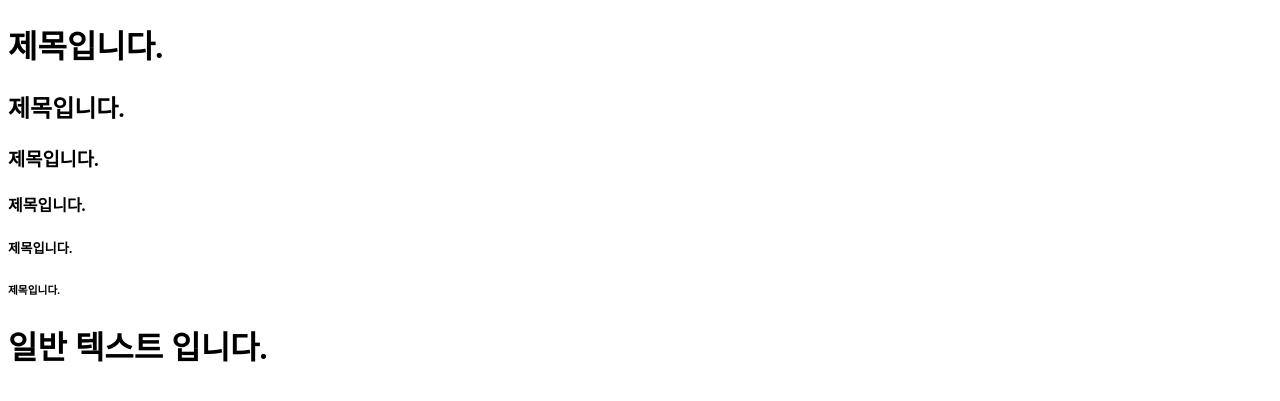
Repository: Hswwwww/WEB
Page: ClientTest/src/main/webapp/html/ex06_heading.html
An editor plug-in stored every save of this project. The page is shown before and after the next save, followed by the edit.
The browser window is 1280 px wide. The pictures show the whole page.

Above is the page before, as saved 2024-03-12 08:44:59.

After the next save:
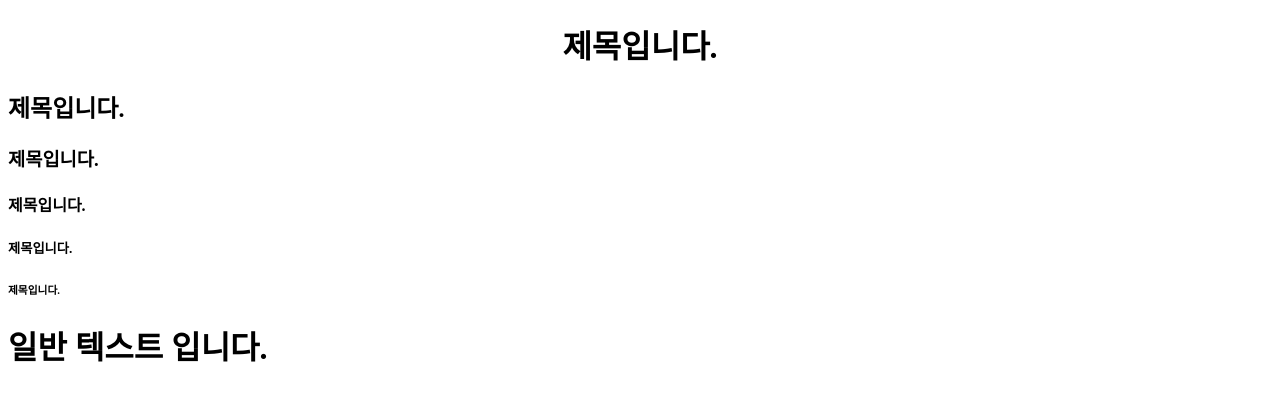
Saved 78 s later.
--- a/ClientTest/src/main/webapp/html/ex06_heading.html
+++ b/ClientTest/src/main/webapp/html/ex06_heading.html
@@ -17,14 +17,18 @@
 	- 쌍태그, 혼합형
 	- 검색 엔진이 수집하는 대상
 
+	h1.align 속성
+	- horiaontal alognment, 수평 정렬
+	- left, center. right
+
 
 
 	시맨틱 웹(Semantic Web)
 
   -->
 
-  <h1>제목입니다.</h1>
-  <h2>제목입니다.</h2>
+  <h1 align = "center">제목입니다.</h1>
+  <h2 align = "light">제목입니다.</h2>
   <h3>제목입니다.</h3>
   <h4>제목입니다.</h4>
   <h5>제목입니다.</h5>
